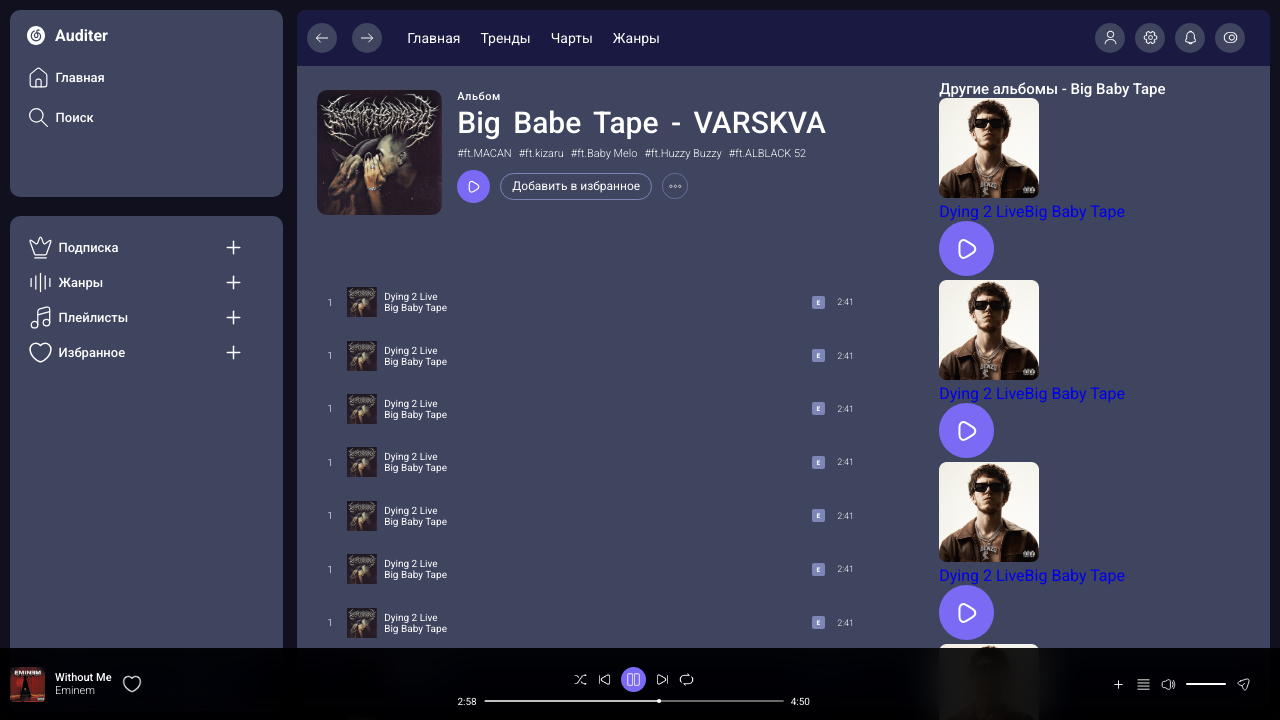
Repository: MaksimKrupkin/music_app
Page: /tracklist
An editor plug-in stored every save of this project. The page is shown before and after the next save, followed by the edit.
The browser window is 1280 px wide. The pictures show the whole page.
The project was rebuilt for these pictures with package versions that can differ from the ones it lists, and the page was loaded fresh each time. Also part of the build but not shown: vite.config.ts, src/Pages/MainPage_demo/MainPage_demo.module.scss, src/Components/MainScreenDemo/MainScreenDemo.module.scss, src/Components/MainScreenHeaderDemo/MainScreenHeaderDemo.module.scss, src/Components/MainScreenHeaderDemo/MainScreenHeaderDemo.tsx, src/Components/MainScreenDemo/Charts/Charts.module.scss, src/Components/MainScreenDemo/Charts/Charts.tsx, src/Components/Card/Card.module.scss and 11 more.

Above is the page before, as saved 2024-02-26 12:15:49.

### index.html
<!DOCTYPE html>
<html lang="en">
  <head>
    <link rel="preconnect" href="https://fonts.googleapis.com" />
    <link rel="preconnect" href="https://fonts.gstatic.com" crossorigin />
    <link
      href="https://fonts.googleapis.com/css2?family=Roboto:ital,wght@0,100;0,300;0,400;0,500;0,700;0,900;1,100;1,300;1,400;1,500;1,700;1,900&display=swap"
      rel="stylesheet" />

    <meta charset="UTF-8" />
    <link rel="icon" type="image/svg+xml" href="/vite.svg" />
    <meta name="viewport" content="width=device-width, initial-scale=1.0" />
    <title>Auditer</title>
  </head>
  <body>
    <div id="root"></div>
    <script type="module" src="/src/main.tsx"></script>
  </body>
</html>

### src/App.tsx
import React from 'react';
import './App.scss';
import MainPage_demo from './Pages/MainPage_demo/MainPage_demo';
import Login from './Pages/Login/Login';
import { BrowserRouter, Routes, Route } from 'react-router-dom';
import Registration from './Pages/Registration/Registration';
import MainPage from './Pages/MainPage/MainPage';
import TrackList from './Pages/TrackList/TrackList';

function App() {
  return (
    <BrowserRouter>
      <Routes>
        <Route path="/user" element={<MainPage_demo />} />
        <Route path="/" element={<MainPage />} />
        <Route path="/tracklist" element={<TrackList />} />
        <Route path="/login" element={<Login />} />
        <Route path="/registration" element={<Registration />} />
      </Routes>
    </BrowserRouter>
  );
}

export default App;

### src/App.scss
* {
  margin: 0;
  padding: 0;
  border: 0;
  vertical-align: baseline;
  font-family: 'Roboto', sans-serif;
}
a,
a:link,
a:visited {
  text-decoration: none;
}
input:focus,
input:active,
button:focus,
button:active {
  outline: none;
}
#root {
  overflow-y: auto;
}

### src/Pages/TrackList/TrackList.tsx
import React from 'react';
import styles from './TrackList.module.scss';
import HigherSidebar from '../../Components/HigherSidebar/HigherSidebar';
import LowerSidebar from '../../Components/LowerSidebar/LowerSidebar';
import MainScreen from '../../Components/MainScreen/MainScreen';
import Playbar from '../../Components/Playbar/Playbar';
import TrackListScreen from '../../Components/TrackListScreen/TrackListScreen';

export default function TrackList() {
  return (
    <div className={styles.app_wrapper}>
      <div className={styles.wrapper}>
        <HigherSidebar />
        <LowerSidebar />
        <TrackListScreen />
        <Playbar />
      </div>
    </div>
  );
}

### src/Components/HigherSidebar/HigherSidebar.tsx
import React from 'react';
import styles from './HigherSidebar.module.scss';
import logo from '../../assets/img/logo.svg';
import home from '../../assets/img/home.svg';
import search from '../../assets/img/Search.svg';

export default function HigherSidebar() {
  return (
    <aside className={styles.higherSidebar}>
      <div className={styles.logo_wrapper}>
        <img className={styles.logo} src={logo} alt="Лого" />
        <strong className={styles.logo_text}>Auditer</strong>
      </div>
      <a className={styles.link_wrapper}>
        <img className={styles.img} src={home} alt="" />
        <span className={styles.text}>Главная</span>
      </a>
      <a className={styles.link_wrapper}>
        <img className={styles.img} src={search} alt="" />
        <span className={styles.text}>Поиск</span>
      </a>
    </aside>
  );
}

### src/Components/LowerSidebar/LowerSidebar.tsx
import React from 'react';
import styles from './LowerSidebar.module.scss';
import subscribe from '../../assets/img/subscribe.svg';
import plus from '../../assets/img/add.svg';
import genres from '../../assets/img/genres.svg';
import cookie from '../../assets/img/cookie.svg';
import language from '../../assets/img/language.svg';
import playlists from '../../assets/img/playlists.svg';
import favorites from '../../assets/img/favorite.svg';

export default function LowerSidebar() {
  return (
    <aside className={styles.lowerSidebar}>
      <div className={styles.link_wrapper}>
        <img className={styles.img} src={subscribe} alt="" />
        <span className={styles.text}>Подписка</span>
        <div className={styles.plus_wrapper}>
          <img className={styles.plus} src={plus} alt="" />
        </div>
      </div>
      <div className={styles.link_wrapper}>
        <img className={styles.img} src={genres} alt="" />
        <span className={styles.text}>Жанры</span>
        <div className={styles.plus_wrapper}>
          <img className={styles.plus} src={plus} alt="" />
        </div>
      </div>
      <div className={styles.link_wrapper}>
        <img className={styles.img} src={playlists} alt="" />
        <span className={styles.text}>Плейлисты</span>
        <div className={styles.plus_wrapper}>
          <img className={styles.plus} src={plus} alt="" />
        </div>
      </div>
      <div className={styles.link_wrapper}>
        <img className={styles.img} src={favorites} alt="" />
        <span className={styles.text}>Избранное</span>
        <div className={styles.plus_wrapper}>
          <img className={styles.plus} src={plus} alt="" />
        </div>
      </div>
      <div className={styles.bottom_elements}>
        <div className={styles.cookies_wrapper}>
          <img className={styles.img} src={cookie} alt="" />
          <span className={styles.text}>Файлы cookie</span>
        </div>
        <div className={styles.language_wrapper}>
          <img className={styles.img} src={language} alt="" />
          <span className={styles.text}>Русский</span>
        </div>
      </div>
    </aside>
  );
}

### src/Components/Playbar/Playbar.tsx
import React from 'react';
import styles from './Playbar.module.scss';
import cover from '../../assets/img/cover.png';
import like from '../../assets/img/like.png';
import mix from '../../assets/img/mix.png';
import prev from '../../assets/img/prev.png';
import pause from '../../assets/img/pause.png';
import next from '../../assets/img/next.png';
import repeat from '../../assets/img/repeat.png';
import trackLine from '../../assets/img/trackLine.svg';
import add from '../../assets/img/add.svg';
import text from '../../assets/img/text.svg';
import volume from '../../assets/img/volume.svg';
import volumeBar from '../../assets/img/volumeBar.svg';
import send from '../../assets/img/send.svg';

export default function Playbar() {
  return (
    <div className={styles.wrapper}>
      <div className={styles.left_wrapper}>
        <img className={styles.image} src={cover} alt="" />
        <div className={styles.info}>
          <div className={styles.title}>Without Me</div>
          <div className={styles.author}>Eminem</div>
        </div>
        <img className={styles.like} src={like} alt="" />
      </div>
      <div className={styles.center_wrapper}>
        <div className={styles.top}>
          <img className={styles.image} src={mix} alt="" />
          <img className={styles.image} src={prev} alt="" />
          <img className={styles.image} src={pause} alt="" />
          <img className={styles.image} src={next} alt="" />
          <img className={styles.image} src={repeat} alt="" />
        </div>
        <div className={styles.bottom}>
          <span className={styles.time}>2:58</span>
          <img className={styles.trackLine} src={trackLine} alt="" />
          <span className={styles.time}>4:50</span>
        </div>
      </div>
      <div className={styles.right_wrapper}>
        <img className={styles.image} src={add} alt="" />
        <img className={styles.image} src={text} alt="" />
        <img className={styles.image} src={volume} alt="" />
        <img className={styles.volumeBar} src={volumeBar} alt="" />
        <img className={styles.image} src={send} alt="" />
      </div>
    </div>
  );
}

### src/Pages/TrackList/TrackList.module.scss
.app_wrapper {
  background-color: #10101e;
  height: 100vh; /* Растягиваем контейнер на всю высоту окна */
  overflow-y: auto;
}

.wrapper {
  box-sizing: border-box;
  width: 100vw;
  min-height: 100vh; /* Минимальная высота равна высоте видимой области окна браузера */
  background-color: #10101e;
  color: white;
  overflow-y: auto;
  overflow-y: auto;
}

### src/Components/TrackListScreen/TrackListScreen.tsx
import React from 'react';
import styles from './TrackListScreen.module.scss';
import MainScreenHeader from '../MainScreenHeader/MainScreenHeader';
import albom from '../../assets/img/albom4.jpg';
import play from '../../assets/img/play.svg';
import elseImg from '../../assets/img/else.svg';
import Track from './Track/Track';
import Cards from '../../Components/Cards/Cards';

export default function TrackListScreen() {
  return (
    <main className={styles.main}>
      <MainScreenHeader />
      <div className={styles.left_wrapper}>
        <div className={styles.top}>
          <img className={styles.cover} src={albom} alt="" />
          <span className={styles.type}>Альбом</span>
          <strong className={styles.info}>Big Babe Tape - VARSKVA</strong>
          <div className={styles.fits}>
            <span className={styles.fit_author}>#ft.MACAN</span>
            <span className={styles.fit_author}>#ft.kizaru</span>
            <span className={styles.fit_author}>#ft.Baby Melo</span>
            <span className={styles.fit_author}>#ft.Huzzy Buzzy</span>
            <span className={styles.fit_author}>#ft.ALBLACK 52</span>
          </div>
          <div className={styles.buttons}>
            <img className={styles.play_image} src={play} alt="" />
            <div className={styles.toFavorite_wrapper}>
              <div className={styles.toFavorite}>Добавить в избранное</div>
            </div>
            <img className={styles.elseImg} src={elseImg} alt="" />
          </div>
        </div>
        <div className={styles.trackList_wrapper}>
          <Track />
          <Track />
          <Track />
          <Track />
          <Track />
          <Track />
          <Track />
          <Track />
          <Track />
        </div>
      </div>

      <div className={styles.right_wrapper}>
        <h2 className={styles.title}>Другие альбомы - Big Baby Tape</h2>
        <div className={styles.cards_wrapper}>
          <Cards />
          <Cards />
          <Cards />
          <Cards />

          <div className={styles.button_wrapper}>
            <div className={styles.button}>Смотреть всё</div>
          </div>
        </div>
      </div>
    </main>
  );
}

### src/Components/HigherSidebar/HigherSidebar.module.scss
.higherSidebar {
  position: fixed;
  top: 0;
  box-sizing: border-box;
  display: flex;
  flex-direction: column;
  align-items: start;
  gap: 15px;
  width: 21.3%;
  height: 26%;
  margin: 10px;
  border-radius: 10px;
  background-color: #3f445f;
  padding-top: 16px;
  padding-left: 18.6px;
}

.logo_wrapper {
  box-sizing: border-box;
  margin-left: -2px;
  display: flex;
  flex-direction: row;
  justify-content: space-between;
  gap: 5px;
  align-items: center;
  width: 32%;
  margin-bottom: 5px;
}
.logo {
  width: 18.63px;
  height: 18.63px;
}
.logo_text {
  color: #fff;
  font-size: 16px;
  font-style: normal;
  font-weight: 600;
  line-height: normal;
}
.link_wrapper {
  margin-left: -3px;
  display: flex;
  align-items: center;
  gap: 5px;
  cursor: pointer;
  .img {
    width: 25px;
    height: 25px;
  }
  .text {
    font-size: 13px;
    font-weight: 500;
    transition: all 0.2s ease-in;
  }
  .text:hover {
    color: rgb(205, 205, 226);
  }
}

### src/Components/LowerSidebar/LowerSidebar.module.scss
.lowerSidebar {
  position: fixed;
  top: 30%;
  box-sizing: border-box;
  display: flex;
  flex-direction: column;
  align-items: space-between;
  gap: 5px;
  width: 21.3%;
  height: 69%;
  margin: 10px;
  margin-top: 0;
  border-radius: 10px;
  background-color: #3f445f;
  padding-top: 16px;
  padding-left: 20.6px;
  padding-right: 18.6px;
}
.link_wrapper {
  margin-left: -3px;
  display: flex;
  align-items: center;
  gap: 5px;
  cursor: pointer;
  .img {
    width: 25px;
    height: 25px;
  }
  .text {
    font-size: 13px;
    font-weight: 500;
    transition: all 0.2s ease-in;
    width: 155px;
    margin-left: 1px;
  }
  .text:hover {
    color: rgb(205, 205, 226);
  }
  .plus_wrapper {
    display: flex;
    align-items: center;
    justify-content: center;
    width: 30px;
    height: 30px;
    border-radius: 50%;
    transition: all 0.2s ease-in-out;
    .plus {
      margin: 0;
      padding: 0;
      width: 25px;
      height: 25px;
      border-radius: 50%;
    }
  }
  .plus_wrapper:hover {
    background-color: #484d69;
  }
}

.bottom_elements {
  position: inherit;
  bottom: 15px;
  left: 25px;
  display: flex;
  align-items: center;
  gap: 20px;
  .cookies_wrapper {
    border: 1.5px solid #7d86b6;
    border-radius: 25px;
    padding: 5px;
    width: 100px;
    height: 20px;
    display: flex;
    justify-content: center;
    gap: 5px;
    align-items: center;
    transition: all 0.2s ease-out;
    cursor: pointer;
  }
  .cookies_wrapper:hover {
    border: 1.5px solid white;
  }
  .language_wrapper {
    border: 1.5px solid #7d86b6;
    border-radius: 25px;
    padding: 5px;
    width: 70px;
    height: 20px;
    display: flex;
    gap: 5px;
    align-items: center;
    justify-content: center;
    transition: all 0.2s ease-out;
    cursor: pointer;
  }
  .language_wrapper:hover {
    border: 1.5px solid white;
  }
  .img {
    width: 15px;
  }
  .text {
    font-size: 12px;
  }
}

### src/Components/MainScreenHeader/MainScreenHeader.tsx
import React from 'react';
import styles from './MainScreenHeader.module.scss';
import leftArrow from '../../assets/img/leftArrow.svg';
import rightArrow from '../../assets/img/rightArrow.svg';
import { Link } from 'react-router-dom';
import user from '../../assets/img/user.png';
import setting from '../../assets/img/setting.png';
import notification from '../../assets/img/notification.png';
import eye from '../../assets/img/eye.png';

export default function MainScreenHeader() {
  return (
    <header className={styles.header}>
      <div className={styles.arrows}>
        <div className={styles.wrapper}>
          <img src={leftArrow} className={styles.arrow} alt="" />
        </div>
        <div className={styles.wrapper}>
          <img className={styles.arrow} src={rightArrow} alt="" />
        </div>
      </div>
      <nav className={styles.navigation}>
        <ul>
          <li>
            <a className={styles.link}>Главная</a>
          </li>
          <li>
            <a className={styles.link}>Тренды</a>
          </li>
          <li>
            <a className={styles.link}>Чарты</a>
          </li>
          <li>
            <a className={styles.link}>Жанры</a>
          </li>
        </ul>
      </nav>
      <div className={styles.buttons}>
        <Link to="" className={styles.link_wrapper}>
          <img className={styles.image} src={user} alt="" />
        </Link>
        <Link to="" className={styles.link_wrapper}>
          <img className={styles.image} src={setting} alt="" />
        </Link>
        <Link to="" className={styles.link_wrapper}>
          <img className={styles.image} src={notification} alt="" />
        </Link>
        <Link to="" className={styles.link_wrapper}>
          <img className={styles.image} src={eye} alt="" />
        </Link>
      </div>
    </header>
  );
}

### src/Components/Playbar/Playbar.module.scss
.wrapper {
  box-sizing: border-box;
  position: fixed;
  bottom: 0;
  width: 100%;
  padding-left: 10px;
  padding-right: 10px;
  height: 10%;
  background: rgba(0, 0, 0, 0.9);
  backdrop-filter: blur(20px) contrast(200%);

  display: flex;
  align-items: center;
  .left_wrapper {
    display: flex;
    align-items: center;
    width: 33%;
    gap: 10px;
    .image {
      width: 35px;
      height: 35px;

      border-radius: 1px;
    }
    .info {
      font-size: 11px;
      .title {
        font-weight: 500;
      }
      .author {
        font-weight: 300;
      }
    }
    .like {
      width: 20px;
      cursor: pointer;
    }
  }
  .center_wrapper {
    width: 33%;
    display: flex;
    flex-direction: column;
    align-items: center;
    .top {
      margin-top: 5px;
      display: flex;
      align-items: center;
      gap: 9px;
      .image {
        width: 15px;
        cursor: pointer;
      }
      .image:nth-child(3) {
        width: 25px;
      }
    }
    .bottom {
      margin-top: 4px;
      display: flex;
      align-items: center;
      gap: 7px;
      .trackLine {
        width: 300px;
        cursor: pointer;
      }
      .time {
        font-size: 10px;
      }
    }
  }
  .right_wrapper {
    box-sizing: border-box;
    width: 32.5%;
    display: flex;

    align-items: center;
    justify-content: flex-end;
    gap: 10px;
    .image {
      width: 15px;
      cursor: pointer;
    }
    .volumeBar {
      width: 40px;
      cursor: pointer;
    }
  }
}

### src/Components/TrackListScreen/TrackListScreen.module.scss
.main {
  position: relative;
  box-sizing: border-box;
  position: fixed;
  top: 0;
  right: 0;
  margin: 10px;
  background-color: #3f445f;
  width: 76%;
  height: 97%;
  border-radius: 10px;
}
.left_wrapper {
  position: absolute;
  top: 10%;
  left: 0;
  box-sizing: border-box;
  width: 65%;
  padding-left: 20px;
  padding-top: 10px;
}
.top {
  position: relative;
  height: 26vh;
  .cover {
    width: 125px;
    border-radius: 10px;
    position: absolute;
    left: 0;
    top: 0;
  }
  .type {
    position: absolute;
    left: 140px;
    top: 0;
    font-size: 11px;
    font-weight: 500;
    letter-spacing: 0.5px;
  }
  .info {
    position: absolute;
    left: 140px;
    top: 15px;
    font-size: 30px;
    font-weight: 500;
    word-spacing: 5px;
  }
  .fits {
    position: absolute;
    left: 140px;
    top: 57px;
    display: flex;
    align-items: center;
    gap: 7px;
    .fit_author {
      font-size: 11px;
      font-weight: 300;
    }
  }
  .buttons {
    position: absolute;
    left: 140px;
    top: 80px;
    display: flex;
    align-items: center;
    gap: 10px;
    .play_image {
      width: 33px;
      cursor: pointer;
    }
    .toFavorite_wrapper {
      display: flex;
      align-items: center;
      justify-content: center;
      width: 150px;
      height: 25px;
      border: 1px solid #7d86b6;
      border-radius: 15px;
      cursor: pointer;
      .toFavorite {
        font-size: 12px;
        font-weight: 400;
      }
    }
    .elseImg {
      width: 26px;
      cursor: pointer;
    }
  }
}
.trackList_wrapper {
  width: 100%;
  display: flex;
  flex-direction: column;
  align-items: center;
  gap: 3px;
}
.right_wrapper {
  position: absolute;
  top: 10%;
  left: 66%;
  width: 34%;

  .title {
    font-size: 15px;
    font-weight: 500;
  }
}

### src/Components/TrackListScreen/Track/Track.tsx
import React from 'react';
import styles from './Track.module.scss';
import adults from '../../../assets/img/18+.svg';
import albom from '../../../assets/img/albom4.jpg';
import play from '../../../assets/img/play2.svg';
import like from '../../../assets/img/like.svg';
import more from '../../../assets/img/more.svg';

export default function Track() {
  return (
    <div className={styles.track_wrapper}>
      <div className={styles.number}>1</div>
      <img className={styles.play} src={play} alt="" />
      <img className={styles.cover} src={albom} alt="" />
      <div className={styles.info}>
        <span className={styles.title}>Dying 2 Live</span>
        <span className={styles.author}>Big Baby Tape</span>
      </div>
      <img className={styles.like} src={like} alt="" />
      <img className={styles.forAdults_image} src={adults} alt="" />
      <span className={styles.duration}>2:41</span>
      <img src={more} className={styles.more} alt="" />
    </div>
  );
}

### src/Components/Cards/Cards.tsx
import React from 'react';
import styles from './Cards.module.scss';
import image1 from '../../assets/img/albomImage.png';
import play from '../../assets/img/play.svg';
import albom2 from '../../assets/img/albom2.jpg';
import albom3 from '../../assets/img/albom3.jpg';
import albom4 from '../../assets/img/albom4.jpg';
import albom5 from '../../assets/img/albom5.jpg';
import albom6 from '../../assets/img/albom6.jpg';
import { Link } from 'react-router-dom';

export default function Cards() {
  return (
    <>
      <Link to="/tracklist" className={styles.card}>
        <img className={styles.image} src={image1} alt="" />
        <div className={styles.info}>
          <span className={styles.title}>Dying 2 Live</span>
          <span className={styles.author}>Big Baby Tape</span>
        </div>
        <div className={styles.play_wrapper}>
          <img src={play} className={styles.play} alt="" />
        </div>
      </Link>
    </>
  );
}

### src/Components/MainScreenHeader/MainScreenHeader.module.scss
.header {
  position: sticky;
  top: 0;
  z-index: 1000;
  box-sizing: border-box;
  width: 100%;
  height: 8%;
  border-top-right-radius: 8px;
  border-top-left-radius: 8px;
  background-color: #191941;
  display: flex;
  align-items: center;
  padding: 5px;
  padding-left: 10px;
  margin-bottom: 5px;
}
.arrows {
  width: 75px;
  display: flex;
  align-items: center;
  justify-content: space-between;
  .wrapper {
    width: 30px;
    height: 30px;
    border-radius: 50%;
    background-color: #3f445f;
    display: flex;
    justify-content: center;
    align-items: center;
    transition: all 0.2s ease-in;
  }
  .wrapper:hover {
    background-color: #4a4f6c;
  }
  .arrow {
    width: 16px;
  }
}

.navigation {
  width: 500px;
  display: flex;
  align-items: center;
  margin-left: 25px;
  ul {
    list-style-type: none;
    display: flex;
    align-items: center;
    gap: 20px;
  }
  .link {
    font-size: 14px;
    cursor: pointer;
    transition: all 0.2s ease-in;
  }
  .link:hover {
    color: rgb(224, 217, 217);
  }
}

.buttons {
  display: flex;
  align-items: center;
  gap: 10px;
  position: absolute;
  right: 25px;
  .link_wrapper {
    width: 30px;
    height: 30px;
    border-radius: 50%;
    background-color: #3f445f;
    display: flex;
    justify-content: center;
    align-items: center;
    transition: all 0.2s ease-in;
  }

  .link_wrapper:hover {
    background-color: #555a78;
  }
  .image {
    width: 15px;
  }
}

### src/Components/TrackListScreen/Track/Track.module.scss
.track_wrapper {
  position: relative;
  width: 100%;
  height: 7vh;
  box-sizing: border-box;
  border-radius: 10px;
  display: flex;
  align-items: center;
  transition: all 0.1s ease-out;
  padding: 1px;
  cursor: pointer;

  .number {
    position: absolute;
    left: 0;
    display: block;
    width: 11px;
    margin-left: 10px;
    margin-right: 10px;
    font-size: 10px;
    font-weight: 300;
  }
  .play {
    position: absolute;
    left: 0;
    display: none;
  }
  .cover {
    position: absolute;
    left: 30px;
    width: 30px;
  }
  .info {
    position: absolute;
    left: 60px;
    margin-left: 7px;
    display: flex;
    flex-direction: column;
    width: 150px;
  }
  .title {
    font-size: 10px;
  }
  .author {
    font-size: 10px;
  }
  .like {
    position: absolute;
    left: 470px;
    display: none;
    width: 14px;
  }
  .forAdults_image {
    position: absolute;
    left: 495px;
    width: 13px;
  }
  .duration {
    position: absolute;
    left: 520px;
    font-size: 9px;
    font-weight: 300;
  }
  .more {
    position: absolute;
    left: 545px;
    width: 15px;
    display: none;
  }
}

.track_wrapper:hover {
  border: 1px solid #7d86b6;
  .play {
    display: block;
    width: 11px;
    margin-right: 10px;
    margin-left: 10px;
  }
  .number {
    display: none;
  }
  .like {
    display: block;
  }
  .more {
    display: block;
  }
}

### src/Components/Cards/Cards.module.scss
.card {
  width: 140px;
  height: 160px;
  .image {
    width: 100px;
  }
}

Loaded but not shown: src/main.tsx (common file)

After the next save:
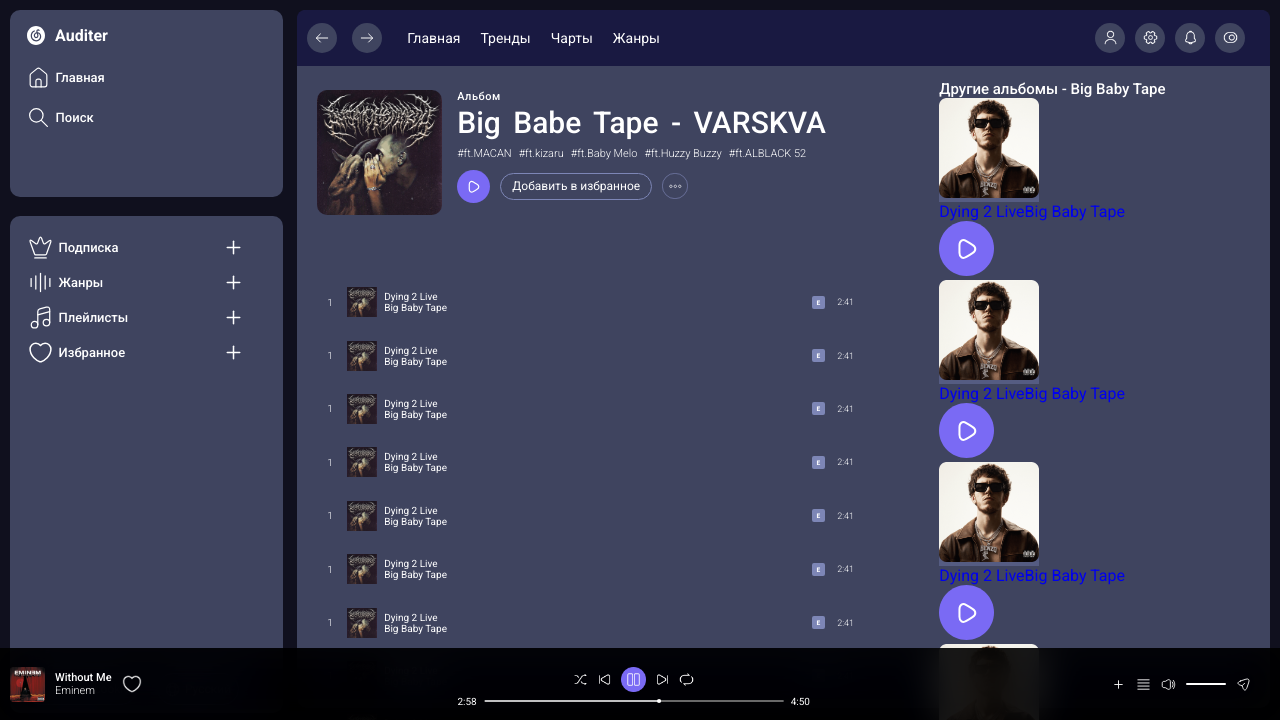
Saved 75 s later.
--- a/src/Components/Cards/Cards.module.scss
+++ b/src/Components/Cards/Cards.module.scss
@@ -1,6 +1,7 @@
 .card {
   width: 140px;
   height: 160px;
+  background-color: #555c82;
   .image {
     width: 100px;
   }
